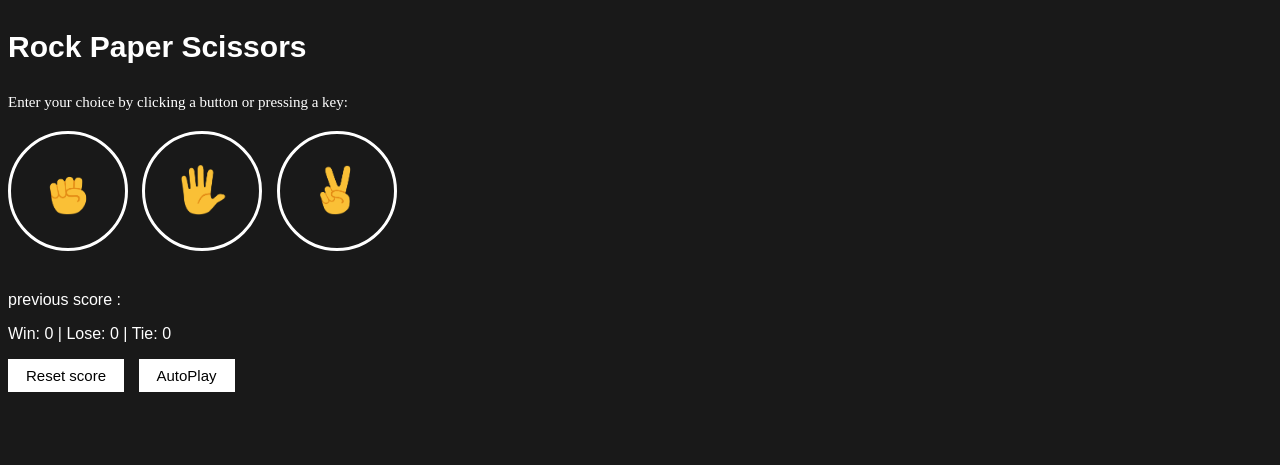
Repository: Gaurav124937/javascript
Page: html/08-rock-paper-scissors-evetlistner.html
These files come from the project's save history. The page is drawn as it stood at one moment and after the next save; the edit follows.
The browser window is 1280 px wide. The pictures show the whole page.

Above is the page before, as saved 2026-04-06 21:37:42.

After the next save:
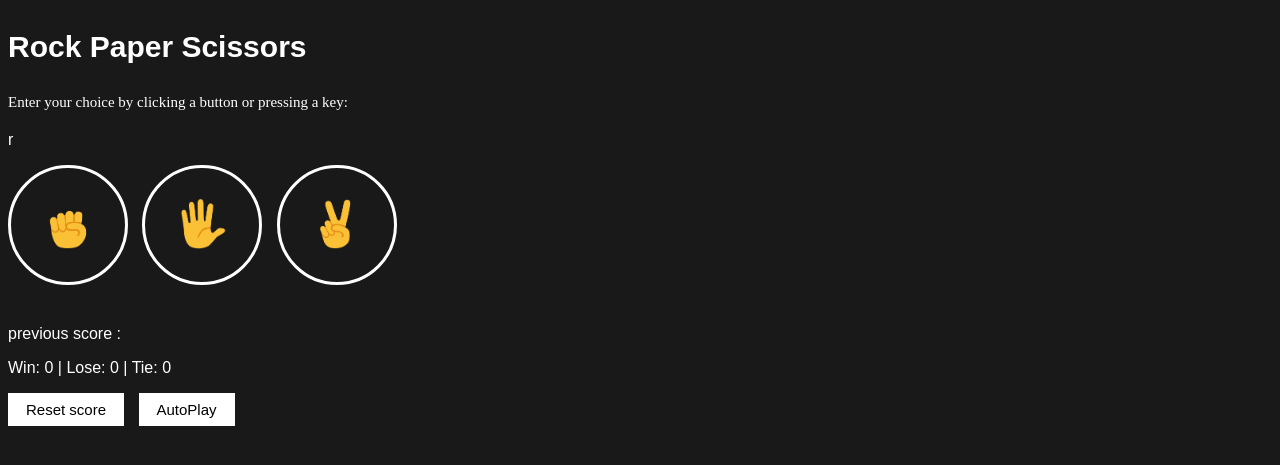
Saved 4 s later.
--- a/html/08-rock-paper-scissors-evetlistner.html
+++ b/html/08-rock-paper-scissors-evetlistner.html
@@ -13,7 +13,7 @@
 <body>
     <p class="title">Rock Paper Scissors</p>
     <p class="instructions">Enter your choice by clicking a button or pressing a key:</p>
-    <p></p>
+    <p>r</p>
     <button  class="game-button rock-button">
         <img src="../images/rock-emoji.png" class="button-emoji"></button>
     <button  class="game-button paper-button">
